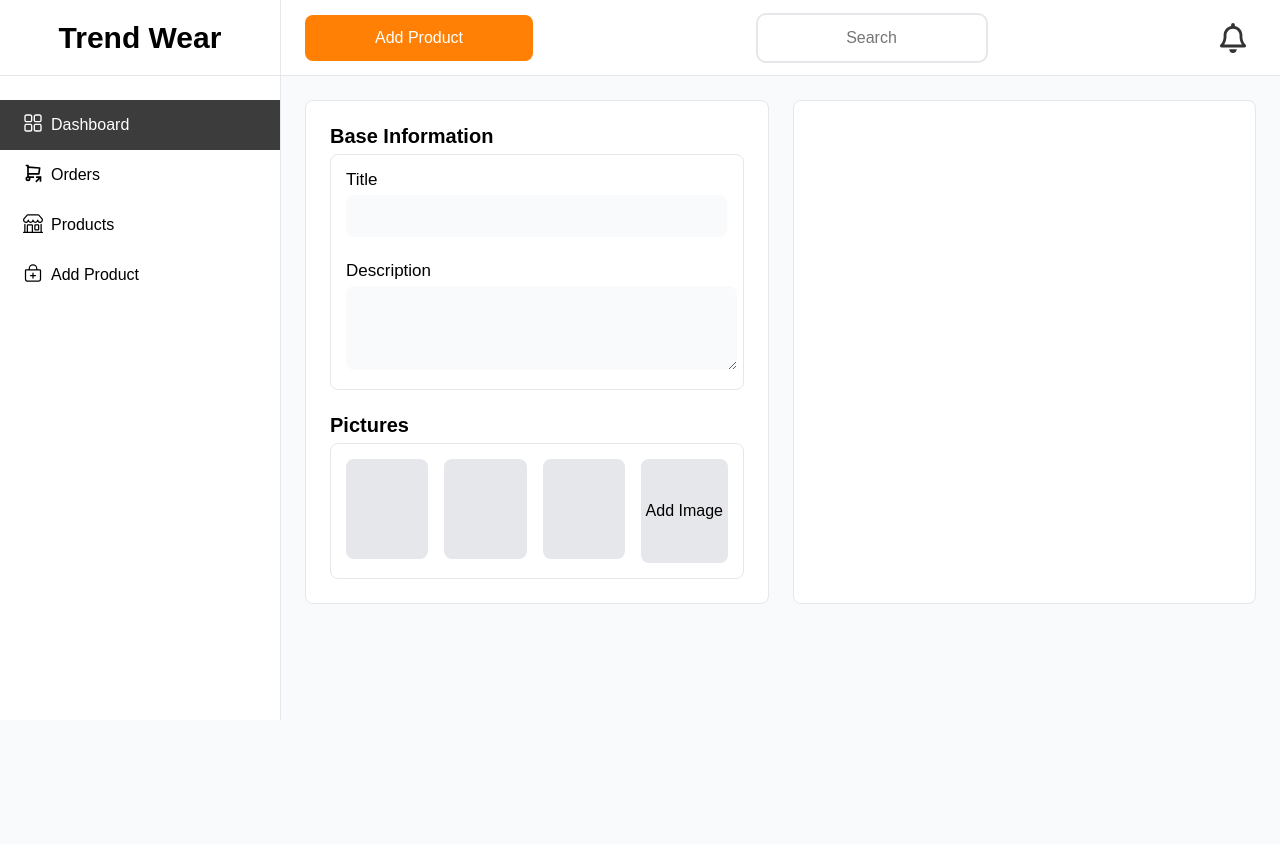
Repository: ahmad-dev7/TrendWear
Page: / (app in trend_wear_dashboard/)
The author's editor kept a copy of each file at every save. The page is drawn from the files as they stood at one save, then again after the next save.
The browser window is 1280 px wide. The pictures show the whole page.
The project was rebuilt for these pictures with package versions that can differ from the ones it lists, and the page was loaded fresh each time. Also part of the build but not shown: trend_wear_dashboard/vite.config.ts.

Above is the page before, as saved 2025-01-20 10:15:28.

After the next save:
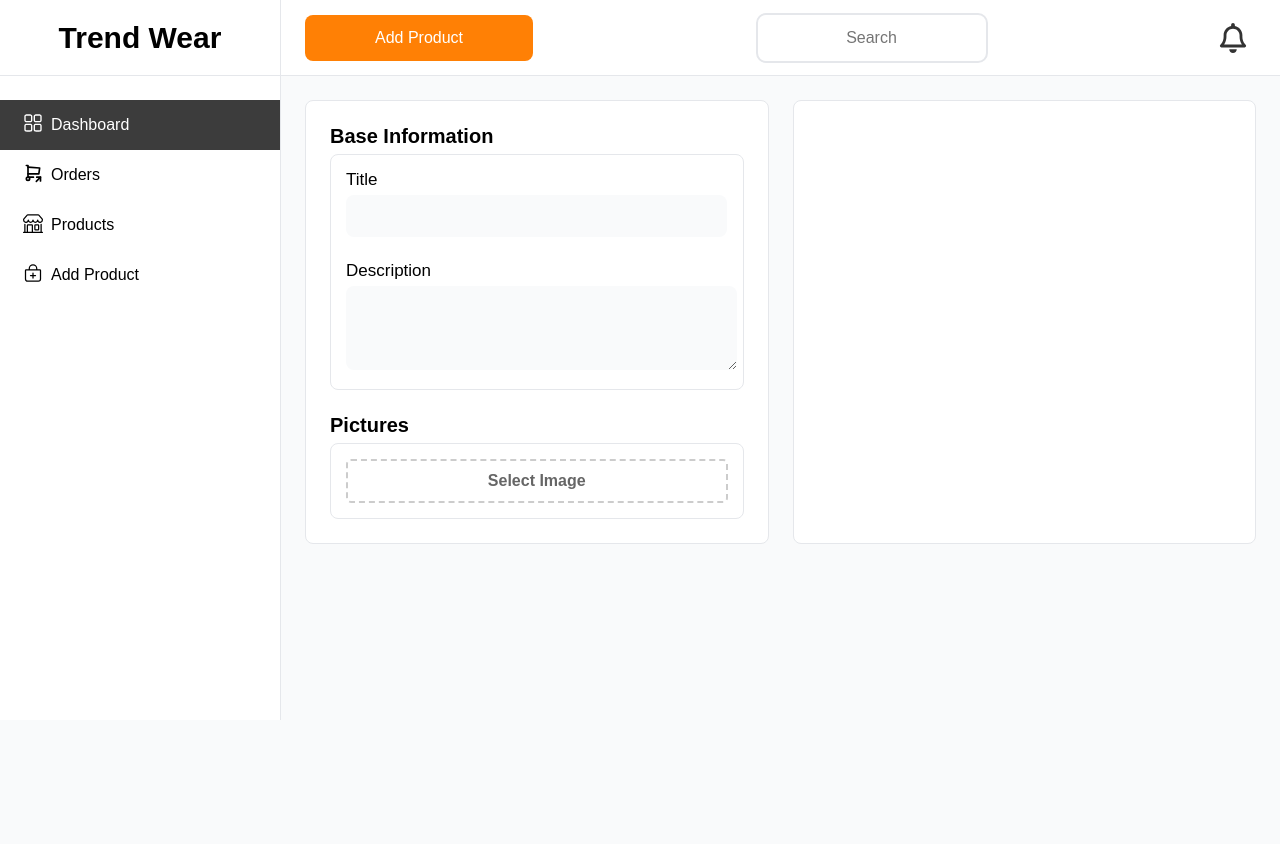
Saved 21 s later.
--- a/trend_wear_dashboard/src/Components/AddProduct/ProductDetails.tsx
+++ b/trend_wear_dashboard/src/Components/AddProduct/ProductDetails.tsx
@@ -17,12 +17,13 @@ const ProductDetails = () => {
         <Spacer height="24px" />
 
         <DetailsSectionContainer heading="Pictures">
-          <div className="picture-container-parent">
+          <ImageUploader></ImageUploader>
+          {/* <div className="picture-container-parent">
             <div className="img-container"></div>
             <div className="img-container"></div>
             <div className="img-container"></div>
             <div className="img-container add-more">Add Image</div>
-          </div>
+          </div> */}
         </DetailsSectionContainer>
       </div>
     </>
